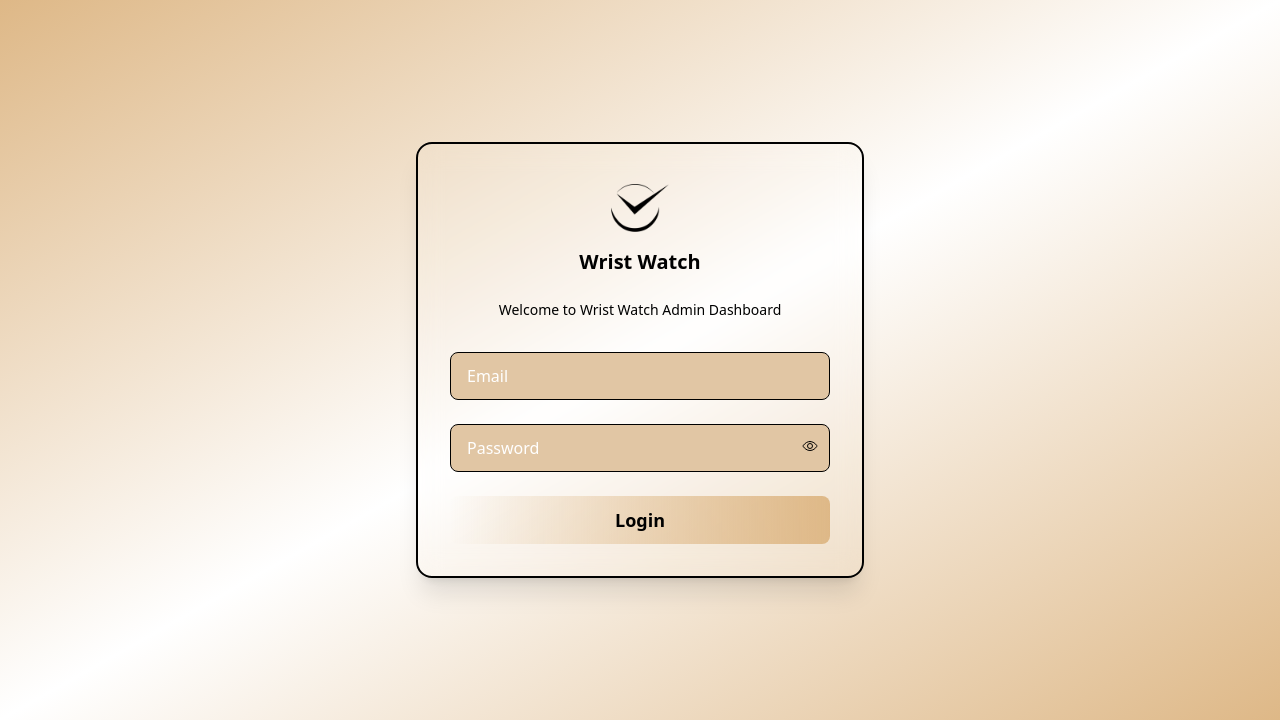
Repository: mansibhanushali/online_watch_ecommerce_mernstack_webapplication
Page: / (app in admin/)
These files come from the project's save history. The page is drawn as it stood at one moment and after the next save; the edit follows.
The browser window is 1280 px wide. The pictures show the whole page.
The project was rebuilt for these pictures with package versions that can differ from the ones it lists, and the page was loaded fresh each time. Also part of the build but not shown: admin/vite.config.js, admin/src/component/Nav.jsx, admin/src/pages/Home.jsx, admin/src/component/Loading.jsx, admin/src/pages/Add.jsx, admin/src/pages/Lists.jsx, admin/src/pages/Orders.jsx.

Above is the page before, as saved 2025-08-16 18:00:46.

### admin/index.html
<!doctype html>
<html lang="en">
  <head>
    <meta charset="UTF-8" />
    <link rel="icon" type="image/svg+xml" href="./logo1.png" />
    <meta name="viewport" content="width=device-width, initial-scale=1.0" />
    <title>Wristwatch-AdminPanel</title>
  </head>
  <body>
    <div id="root"></div>
    <script type="module" src="/src/main.jsx"></script>
  </body>
</html>

### admin/src/App.jsx
import React, { useContext } from 'react';
import { Route, Routes, Navigate } from 'react-router-dom';
import Home from './pages/Home';
import Add from './pages/Add';
import Lists from './pages/Lists';
import Orders from './pages/Orders';
import Login from './pages/Login';
import { adminDataContext } from './context/AdminContext';
import { ToastContainer } from 'react-toastify';

function App() {
  const { adminData } = useContext(adminDataContext);

  if (adminData === undefined) {
    // ⏳ While checking admin status
    return <div>Loading...</div>;
  }

  return (
    <>
      <ToastContainer />
      <Routes>
        <Route
          path="/"
          element={
            adminData ? <Navigate to="/admin/home" /> : <Navigate to="/login" />
          }
        />
        <Route
          path="/login"
          element={
            adminData ? <Navigate to="/admin/home" /> : <Login />
          }
        />
        <Route
          path="/admin/home"
          element={
            adminData ? <Home /> : <Navigate to="/login" />
          }
        />
        <Route
          path="/add"
          element={
            adminData ? <Add /> : <Navigate to="/login" />
          }
        />
        <Route
          path="/lists"
          element={
            adminData ? <Lists /> : <Navigate to="/login" />
          }
        />
        <Route
          path="/orders"
          element={
            adminData ? <Orders /> : <Navigate to="/login" />
          }
        />
      </Routes>
    </>
  );
}

export default App;

### admin/src/context/AuthContext.jsx
import React, { createContext } from 'react';

export const authDataContext = createContext();

function AuthContext({ children }) {
  let serverUrl = "http://localhost:8000";

  let value = {
    serverUrl
  };

  return (
    <authDataContext.Provider value={value}>
      {children}
    </authDataContext.Provider>
  );
}

export default AuthContext;

### admin/src/context/AdminContext.jsx
import React, { createContext, useContext, useEffect, useState } from 'react';
import { authDataContext } from './AuthContext';
import axios from 'axios';

export const adminDataContext = createContext();

function AdminContext({ children }) {
  const [adminData, setAdminData] = useState(null);
  const [isAuthenticated, setIsAuthenticated] = useState(false);
  const [loading, setLoading] = useState(true);
  const { serverUrl } = useContext(authDataContext);

  const getAdmin = async () => {
    try {
      const token = localStorage.getItem("adminToken");
      if (!token) {
        console.log("No admin token found");
        setIsAuthenticated(false);
        setLoading(false);
        return;
      }

      const result = await axios.get(serverUrl + "/api/user/getadmin", {
        withCredentials: true,
        headers: { Authorization: `Bearer ${token}` }
      });

      setAdminData(result.data);
      setIsAuthenticated(true);
    } catch (error) {
      console.error("Error fetching admin:", error);
      setIsAuthenticated(false);
      setAdminData(null);
    } finally {
      setLoading(false);
    }
  };

  useEffect(() => {
    getAdmin();
  }, []);

  const value = { adminData, setAdminData, getAdmin, isAuthenticated, loading };

  return (
    <adminDataContext.Provider value={value}>
      {children}
    </adminDataContext.Provider>
  );
}

export default AdminContext;

### admin/src/pages/Login.jsx
import React, { useContext, useState } from 'react';
import logo from '../assets/logo1.png';
import { IoEyeOutline, IoEye } from "react-icons/io5";
import axios from 'axios';
import { authDataContext } from '../context/AuthContext';
import { adminDataContext } from '../context/AdminContext';
import { useNavigate } from 'react-router-dom';
import { toast } from 'react-toastify';

function Login() {
  const [show, setShow] = useState(false);
  const [email, setEmail] = useState("");
  const [password, setPassword] = useState("");
  const { getAdmin } = useContext(adminDataContext);
  const { serverUrl } = useContext(authDataContext);
  const navigate = useNavigate();
  const [loading, setLoading] = useState(false);

const AdminLogin = async (e) => {
  e.preventDefault();
  setLoading(true);
  try {
    const result = await axios.post(
      `${serverUrl}/api/auth/adminlogin`,
      { email, password },
      { withCredentials: true }
    );


    if (result.data?.token) {
      localStorage.setItem("adminToken", result.data.token);
    }

    toast.success("Admin Login Successful");

    await getAdmin();
    navigate("/admin/home");

  } catch (error) {
    toast.error(error?.response?.data?.message || "Admin Login Failed");
  } finally {
    setLoading(false);
  }
};


  return (
    <div className="w-screen h-screen bg-gradient-to-br from-[burlywood] via-[#burlwood] to-[burlywood] text-black flex items-center justify-center px-4">
      <div className="w-full max-w-md bg-white/5 backdrop-blur-md border-2 border-black rounded-2xl shadow-xl p-8 flex flex-col items-center">

        <div className="flex flex-col items-center mb-4">
          <img src={logo} alt="Logo" className="w-16" />
          <h1 className="text-xl font-semibold mt-2 text-black">Wrist Watch</h1>
        </div>

        <p className="text-sm text-black mt-2 text-center">
          Welcome to Wrist Watch Admin Dashboard
        </p>

        <form onSubmit={AdminLogin} className="flex flex-col gap-6 mt-8 w-full">

          <input
            type="email"
            placeholder="Email"
            required
            value={email}
            onChange={(e) => setEmail(e.target.value)}
            className="w-full h-12 px-4 rounded-lg bg-[#e1c6a4] border border-[black] placeholder-white text-white focus:outline-none focus:ring-2 focus:ring-[#4db8ff]"
          />

          <div className="relative w-full">
            <input
              type={show ? "text" : "password"}
              placeholder="Password"
              required
              value={password}
              onChange={(e) => setPassword(e.target.value)}
              className="w-full h-12 px-4 rounded-lg bg-[#e1c6a4] border border-[black] placeholder-white text-white focus:outline-none focus:ring-2 focus:ring-[#4db8ff]"
            />
            <span
              className="absolute right-3 top-3.5 cursor-pointer text-black hover:text-white"
              onClick={() => setShow(!show)}
            >
              {show ? <IoEye /> : <IoEyeOutline />}
            </span>
          </div>

          <button
            type="submit"
            disabled={loading}
            className={`w-full h-12 rounded-lg text-lg font-semibold bg-gradient-to-r from-[burlwood] to-[burlywood] hover:opacity-90 transition duration-300 ${
              loading ? "opacity-50 cursor-not-allowed" : ""
            }`}
          >
            {loading ? "Logging in..." : "Login"}
          </button>
        </form>
      </div>
    </div>
  );
}

export default Login;

Loaded but not shown: admin/src/main.jsx (common file); admin/src/index.css (common file)

After the next save:
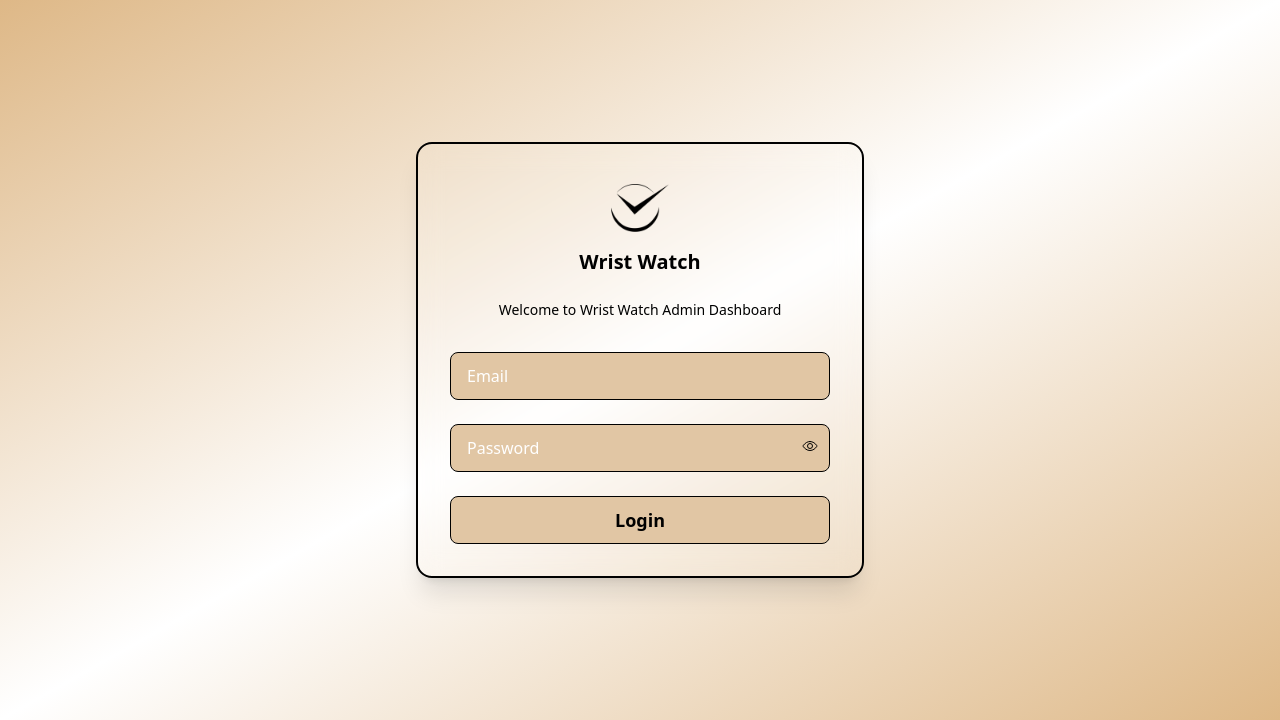
Saved 3 min 56 s later.
--- a/admin/src/pages/Login.jsx
+++ b/admin/src/pages/Login.jsx
@@ -88,7 +88,7 @@ const AdminLogin = async (e) => {
           <button
             type="submit"
             disabled={loading}
-            className={`w-full h-12 rounded-lg text-lg font-semibold bg-gradient-to-r from-[burlwood] to-[burlywood] hover:opacity-90 transition duration-300 ${
+            className={`w-full h-12 rounded-lg text-lg font-semibold bg-[#e1c6a4] border border-[black] hover:opacity-90 transition duration-300 ${
               loading ? "opacity-50 cursor-not-allowed" : ""
             }`}
           >
